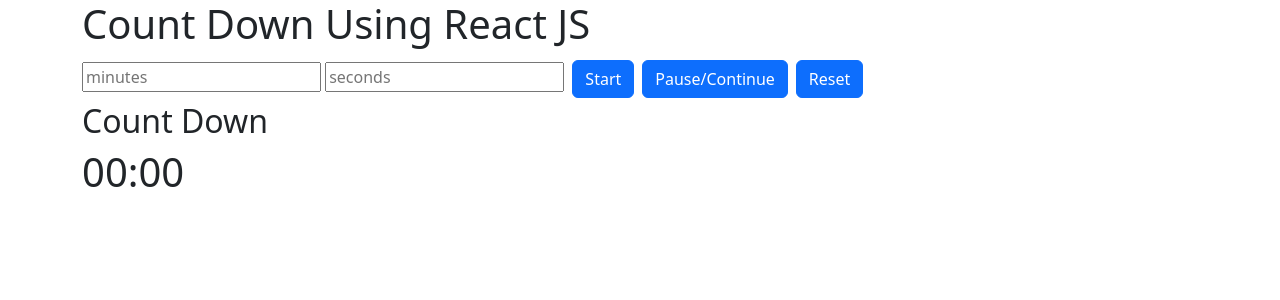
Repository: maheshdama13/reactjs-count-down
Page: /
These files come from the project's save history. The page is drawn as it stood at one moment and after the next save; the edit follows.
The browser window is 1280 px wide. The pictures show the whole page.
The project was rebuilt for these pictures with package versions that can differ from the ones it lists, and the page was loaded fresh each time. Also part of the build but not shown: src/App.css.

Above is the page before, as saved 2022-07-01 02:16:10.

After the next save:
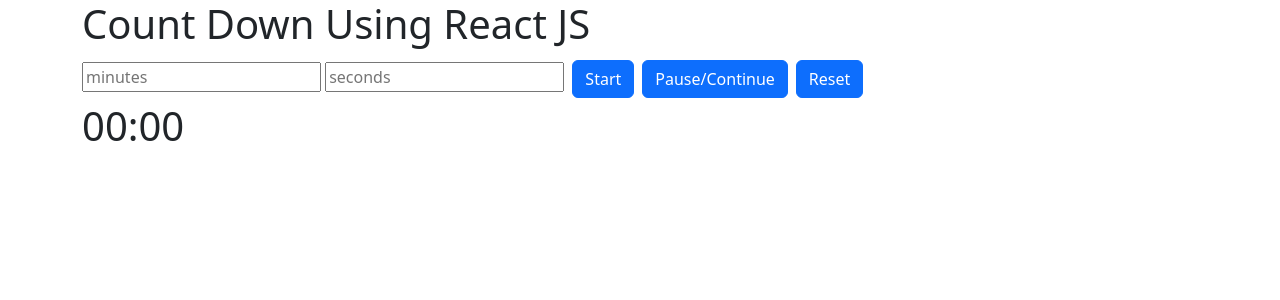
Saved 6 s later.
--- a/src/components/CountDown.js
+++ b/src/components/CountDown.js
@@ -65,7 +65,7 @@
         <button type="button" className='btn btn-primary m-1' onClick={resetHandler}>Reset</button>
       </form>
 
-      <h2>Count Down</h2>
+
       <h1>{formattedTimer} {isTimerRunning ? 'Running' : ''}</h1>
     </div>
   )
